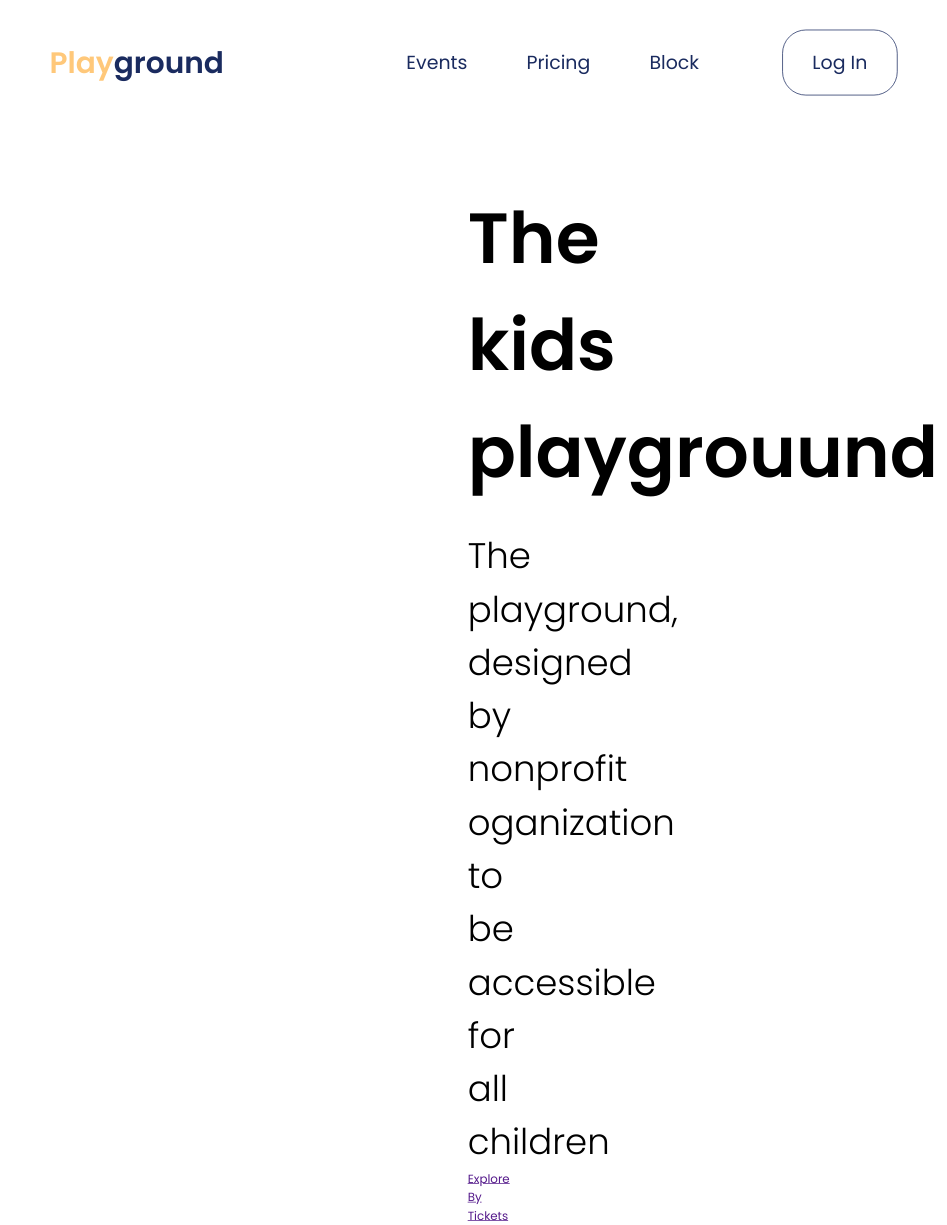
Repository: tuanpham-aptech/front-end
Page: psdtohtml/playgroud/index.html
The author's editor kept a copy of each file at every save. The page is drawn from the files as they stood at one save, then again after the next save.
The browser window is 1280 px wide. The pictures show the whole page, at 74% of full size.
Some web libraries are served in a nearby version.

Above is the page before, as saved 2021-10-13 17:47:25.

After the next save:
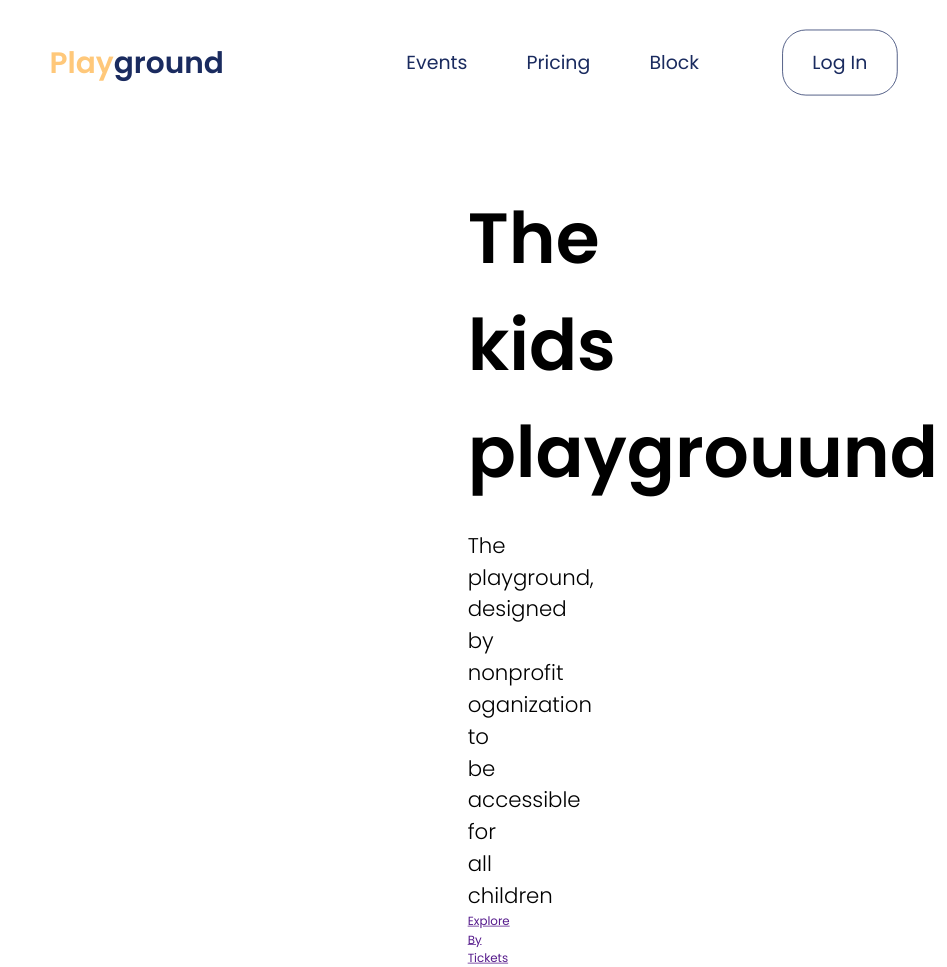
Saved 12 s later.
--- a/psdtohtml/playgroud/assets/css/style.css
+++ b/psdtohtml/playgroud/assets/css/style.css
@@ -90,6 +90,6 @@
 }
 
 .banner__desc {
-    font-size: 3rem;
+    font-size: 1.8rem;
     font-weight: 300;
 }
